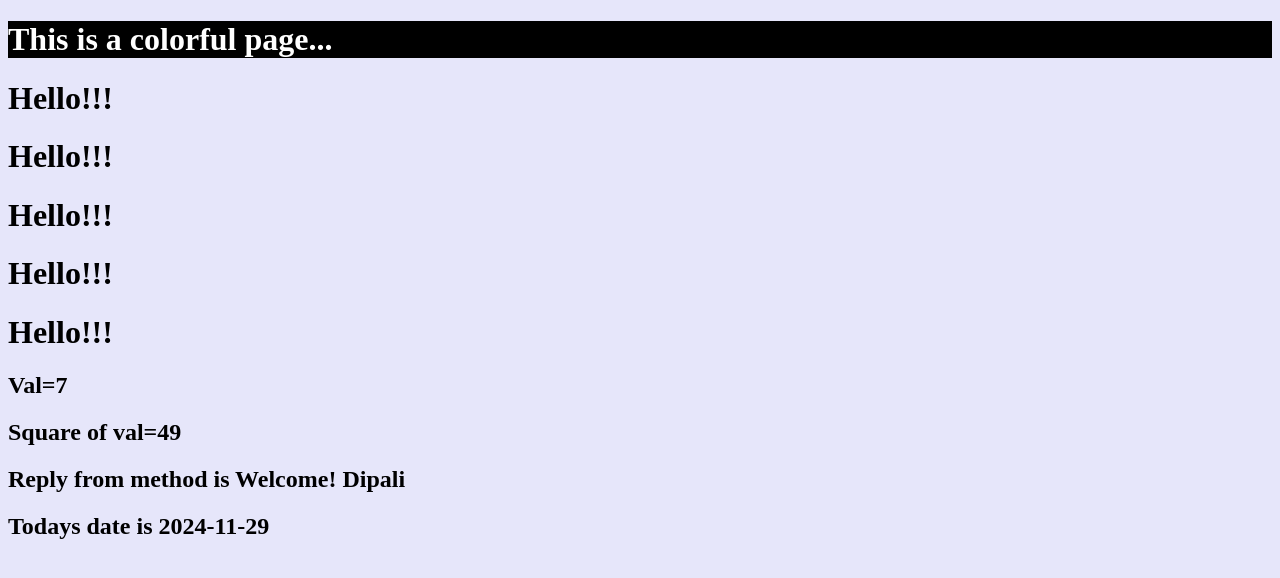
Repository: ShrikantSarode/AdvanceJava
Page: http://localhost/Web_Project/jsp_tag.jsp
These files come from the project's save history. The page is drawn as it stood at one moment and after the next save; the edit follows.
The browser window is 1280 px wide. The pictures show the whole page.
The page is served by Tomcat 10. Other server files are loaded and not shown.

Above is the page before, as saved 2024-11-29 08:54:18.

### AJ backup/Web Based Java/Workspace/Web_Project/src/main/webapp/jsp_tag.jsp
<%@ page language="java" contentType="text/html; charset=UTF-8"
	pageEncoding="UTF-8" import="java.time.LocalDate"%>
<!DOCTYPE html>
<html>
<body>
	<%--Including the resource : color.html --%>
	<%@include file="color.html"%>
	<%--Using a declaration section to declare a variable and define a method --%>
	<%!int val = 7;

	public String sayWelcome(String name) {
		String message = "Welcome! " + name;
		return message;
	}%>
	<%--Showing HELLO using h1 heading 5 times --%>
	<%--Starting a 'for' loop using Scriptle --%>
	<%
	for (int a = 1; a <= 5; a++) {
	%>
	<h1>Hello!!!</h1>
	<%
	}
	%>
	<%--Fetching a value of variable: val using expression --%>
	<h2>
		Val=<%=val%></h2>
	<h2>
		Square of val=<%=(val * val)%></h2>
	<%--Invoking the method: sayWelcome() using expression --%>
	<h2>
		Reply from method is
		<%=sayWelcome("Dipali")%></h2>
	<%--Creating a LocalDate object for system date --%>
	<%
		LocalDate today = LocalDate.now();
	%>
	<h2>Todays date is <%=today %></h2>
</body>
</html>

### AJ backup/Web Based Java/Workspace/Web_Project/src/main/webapp/color.html
<!DOCTYPE html>
<html>
<body bgcolor="lavender">
	<h1 style="color: white; background-color: black">This is a
		colorful page...</h1>

</body>
</html>

After the next save:
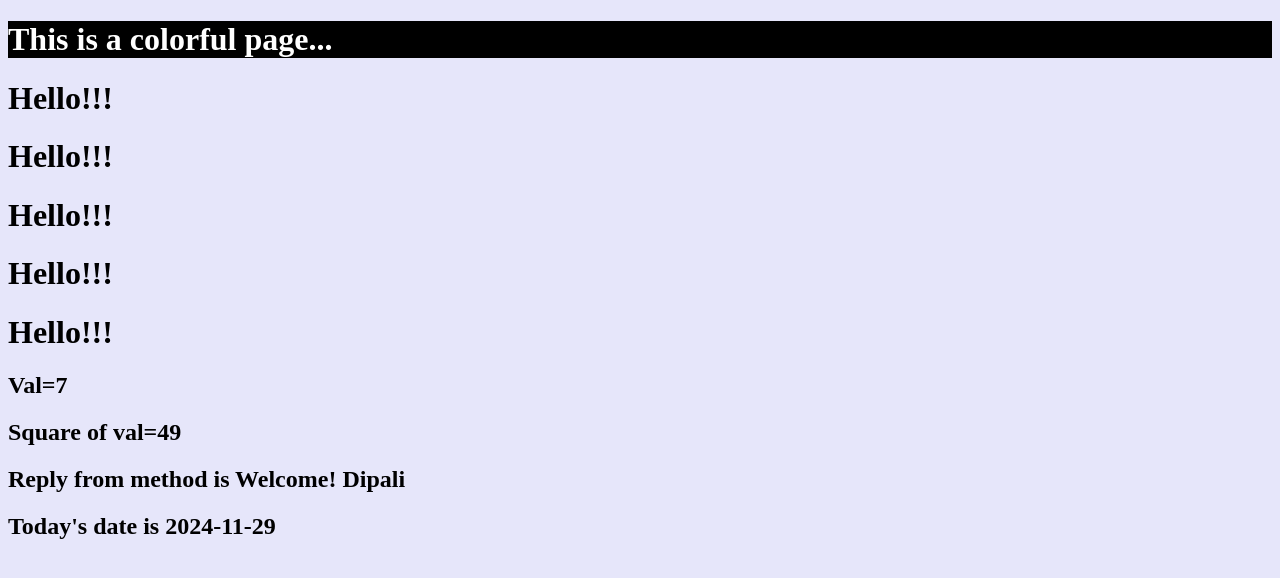
Saved 7 s later.
--- a/AJ backup/Web Based Java/Workspace/Web_Project/src/main/webapp/jsp_tag.jsp
+++ b/AJ backup/Web Based Java/Workspace/Web_Project/src/main/webapp/jsp_tag.jsp
@@ -32,8 +32,10 @@
 		<%=sayWelcome("Dipali")%></h2>
 	<%--Creating a LocalDate object for system date --%>
 	<%
-		LocalDate today = LocalDate.now();
+	LocalDate today = LocalDate.now();
 	%>
-	<h2>Todays date is <%=today %></h2>
+	<h2>
+		Today's date is
+		<%=today%></h2>
 </body>
 </html>
